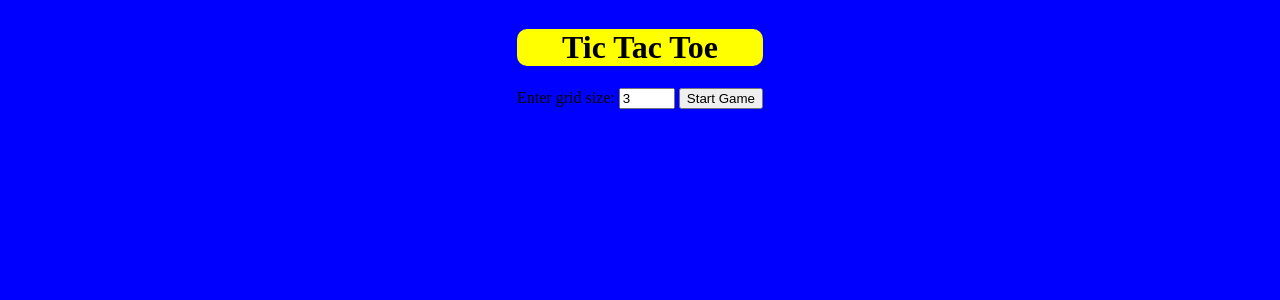
Repository: Shamraiz761/tik_tak_toe_game
Page: index.html
An editor plug-in stored every save of this project. The page is shown before and after the next save, followed by the edit.
The browser window is 1280 px wide. The pictures show the whole page.

Above is the page before, as saved 2024-01-09 11:48:20.

### index.html
<!DOCTYPE html>
<html>
  <head>
    <title>Tic Tac Toe</title>
    <link rel="stylesheet" type="text/css" href="styles.css" />
  </head>
  <body>
    <div>
      <h1 class="header">Tic Tac Toe</h1>
      <label for="sizeInput">Enter grid size:</label>
      <input type="number" id="sizeInput" min="3" max="10" value="3" />
      <button onclick="startGame()">Start Game</button>
<div style="display: flex;justify-content: center;">
      <div id="board" style="margin-top: 20px; "></div>
      </div>


      <div id="status" style="margin-top: 20px; text-align: center;"></div>

    </div>
    <script src="tik_tak.js"></script>
  </body>
</html>

### styles.css
body{
    display: flex;
    justify-content: center;
    align-items: center;

    background-color: blue;
}
.header{
    text-align: center;
    background-color: yellow;
    border-radius: 10px;
    color: ;
}
.cell {
    width: 50px;
    height: 50px;
    border: 2px solid #000;
    display: inline-block;
    text-align: center;
    line-height: 50px;
    font-size: 20px;
    margin-left: 3px;
  }

### tik_tak.js
let currentPlayer = 'X';
let boardSize = 3;
let board = [];

function startGame() {
  boardSize = parseInt(document.getElementById("sizeInput").value);
  createBoard();
}

function createBoard() {
  board = [];
  let html = '';
  for (let i = 0; i < boardSize; i++) {
    board.push(Array(boardSize).fill(''));
    for (let j = 0; j < boardSize; j++) {
      html += `<div class="cell" data-row="${i}" data-col="${j}" onclick="cellClick(${i}, ${j})"></div>`;
    }
    html += '<br>';
  }
  document.getElementById("board").innerHTML = html;
  document.getElementById("status").innerHTML = `Player ${currentPlayer}'s turn`;
}

function cellClick(row, col) {
  if (board[row][col] === '') {
    board[row][col] = currentPlayer;
    document.querySelector(`[data-row="${row}"][data-col="${col}"]`).innerText = currentPlayer;

    if (checkWin(row, col)) {
      document.getElementById("status").innerText = `Player ${currentPlayer} wins!`;
    } else if (checkDraw()) {
      document.getElementById("status").innerText = 'It\'s a draw!';
    } else {
      currentPlayer = currentPlayer === 'X' ? 'O' : 'X';
      document.getElementById("status").innerText = `Player ${currentPlayer}'s turn`;
    }
  }
}

function checkWin(row, col) {
  const symbols = ['X', 'O'];
  for (let s of symbols) {
    let win = true;

    for (let i = 0; i < boardSize; i++) {
      if (board[row][i] !== s) {
        win = false;
        break;
      }
    }
    if (win) return true;


    win = true;
    for (let i = 0; i < boardSize; i++) {
      if (board[i][col] !== s) {
        win = false;
        break;
      }
    }
    if (win) return true;


    win = true;
    for (let i = 0; i < boardSize; i++) {
      if (board[i][i] !== s) {
        win = false;
        break;
      }
    }
    if (win) return true;


    win = true;
    for (let i = 0; i < boardSize; i++) {
      if (board[i][boardSize - 1 - i] !== s) {
        win = false;
        break;
      }
    }
    if (win) return true;
  }
  return false;
}

function checkDraw() {
  for (let i = 0; i < boardSize; i++) {
    for (let j = 0; j < boardSize; j++) {
      if (board[i][j] === '') {
        return false;
      }
    }
  }
  return true;
}

After the next save:
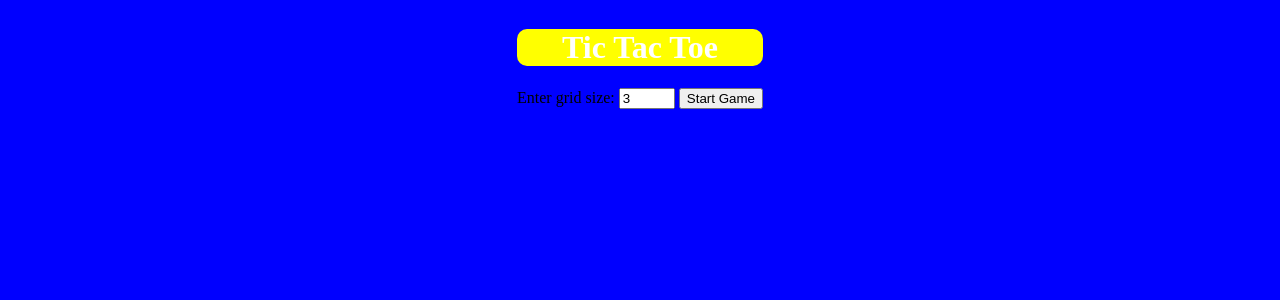
Saved 5 s later.
--- a/styles.css
+++ b/styles.css
@@ -9,7 +9,7 @@
     text-align: center;
     background-color: yellow;
     border-radius: 10px;
-    color: ;
+    color: white;
 }
 .cell {
     width: 50px;

After the save that followed:
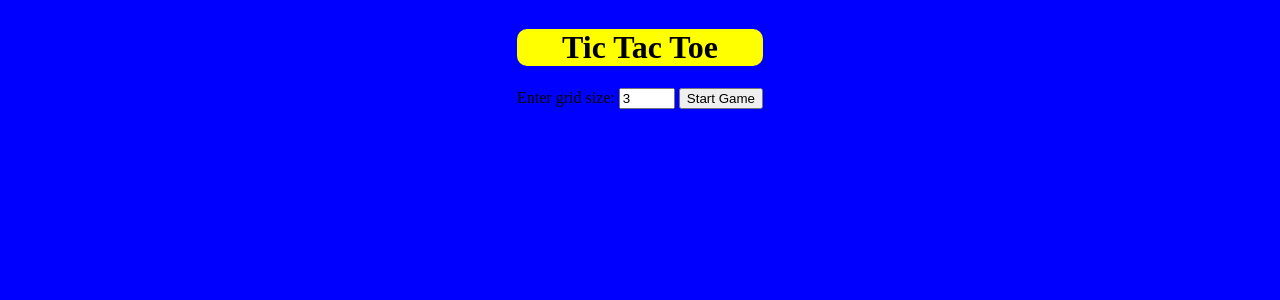
Saved 11 s later.
--- a/styles.css
+++ b/styles.css
@@ -9,7 +9,7 @@
     text-align: center;
     background-color: yellow;
     border-radius: 10px;
-    color: white;
+
 }
 .cell {
     width: 50px;
